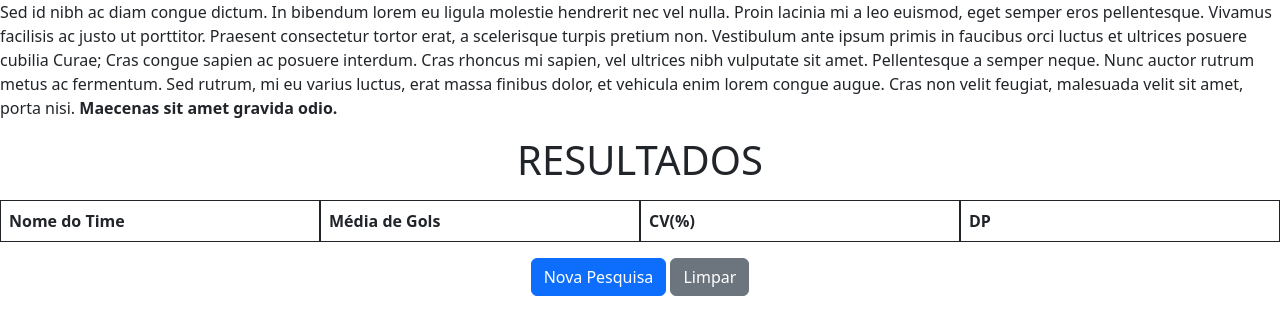
Repository: ricardodamaceno/Coeficiente-de-Variacao-de-Gols
Page: http://localhost/resposta
An editor plug-in stored every save of this project. The page is shown before and after the next save, followed by the edit.
The browser window is 1280 px wide. The pictures show the whole page.
The page is this project's Thymeleaf template; nobody is signed in. The template is opened directly, without the code that normally fills it, so the values that code supplies are empty.

Above is the page before, as saved 2022-09-15 13:49:16.

After the next save:
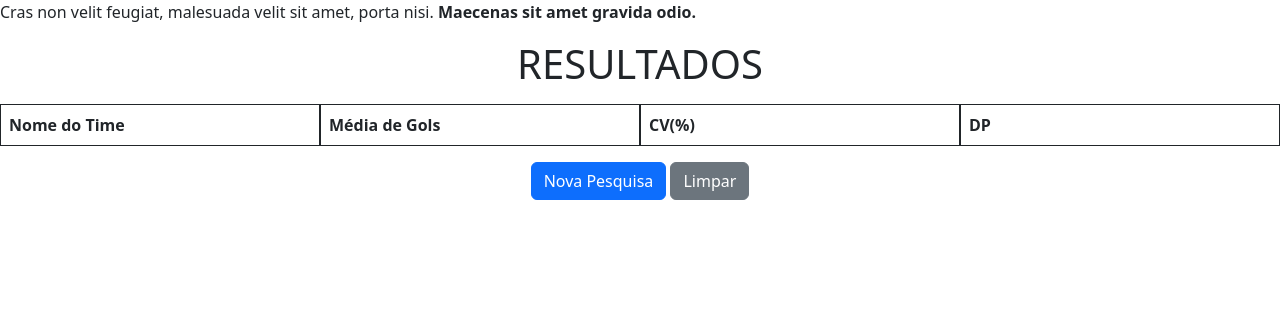
Saved 48 s later.
--- a/aposta-tozo/src/main/resources/templates/resposta.html
+++ b/aposta-tozo/src/main/resources/templates/resposta.html
@@ -44,7 +44,7 @@
 <body>
 
 <div>
-  Sed id nibh ac diam congue dictum. In bibendum lorem eu ligula molestie hendrerit nec vel nulla. Proin lacinia mi a leo euismod, eget semper eros pellentesque. Vivamus facilisis ac justo ut porttitor. Praesent consectetur tortor erat, a scelerisque turpis pretium non. Vestibulum ante ipsum primis in faucibus orci luctus et ultrices posuere cubilia Curae; Cras congue sapien ac posuere interdum. Cras rhoncus mi sapien, vel ultrices nibh vulputate sit amet. Pellentesque a semper neque. Nunc auctor rutrum metus ac fermentum. Sed rutrum, mi eu varius luctus, erat massa finibus dolor, et vehicula enim lorem congue augue. Cras non velit feugiat, malesuada velit sit amet, porta nisi. <span data-tooltip="Proin gravida fringilla venenatis">Maecenas sit amet gravida odio.</span>
+  Cras non velit feugiat, malesuada velit sit amet, porta nisi. <span data-tooltip="Proin gravida fringilla venenatis">Maecenas sit amet gravida odio.</span>
 </div>
 
 	<h1 class="text-center mb-3 mt-3">RESULTADOS</h1>
